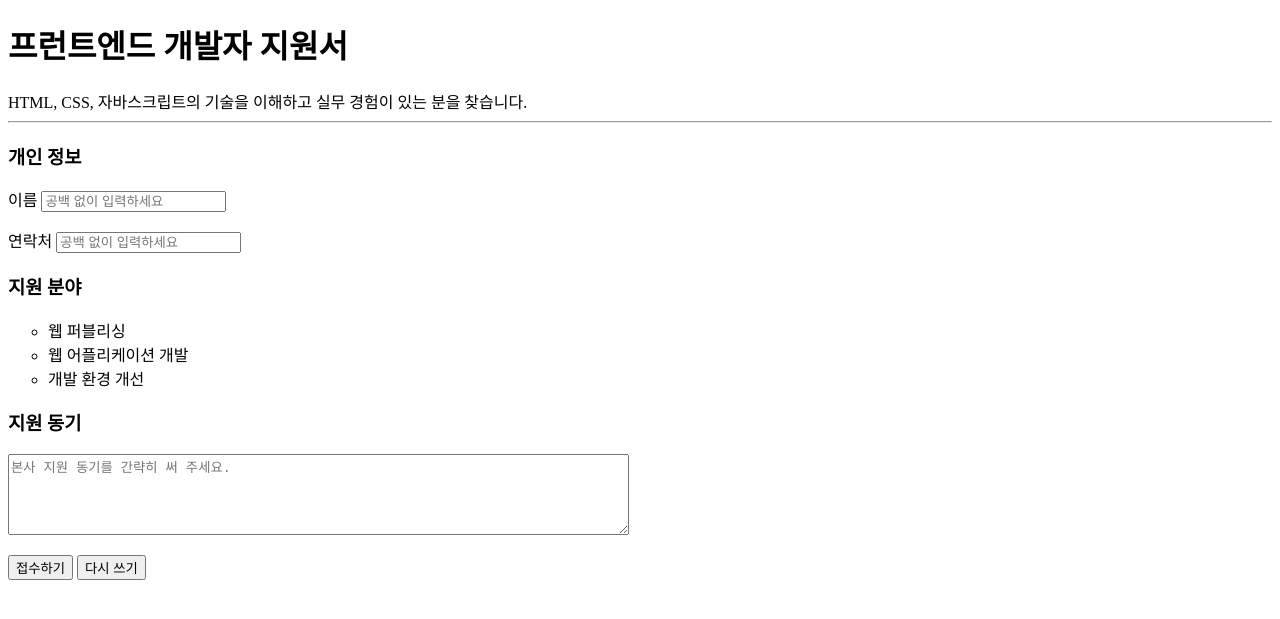
Repository: Kebiskim/2023_WebStudy
Page: 01_01_html/src/main/webapp/day04/Ex03_Form.html
An editor plug-in stored every save of this project. The page is shown before and after the next save, followed by the edit.
The browser window is 1280 px wide. The pictures show the whole page.

Above is the page before, as saved 2023-06-22 03:16:02.

### 01_01_html/src/main/webapp/day04/Ex03_Form.html
<!DOCTYPE html>
<html>
<head>
<meta charset="UTF-8">
<title>Frontend</title>
<style type="text/css">
	h1{
		color:bule;
	}
</style>
</head>
<body>
	<h1>프런트엔드 개발자 지원서</h1>
	HTML, CSS, 자바스크립트의 기술을 이해하고 실무 경험이 있는 분을 찾습니다.
	<hr>
	<h3>개인 정보</h3>
<!-- <label for="name">이름 </label><input type="text" name="name" id="name"> -->
 	 <p>이름 <input type="text" name="age" placeholder="공백 없이 입력하세요"></p>
 	 <p>연락처 <input type="text" name="age" placeholder="공백 없이 입력하세요"></p>
	<h3>지원 분야</h3>
 		<ul style="list-style-type:circle;">
			<li>웹 퍼블리싱</li>
			<li>웹 어플리케이션 개발</li>
 			<li>개발 환경 개선</li>
 		</ul>
	<h3>지원 동기</h3>
	<textarea rows="5" cols="75" placeholder="본사 지원 동기를 간략히 써 주세요."></textarea>
	<p><input type="submit" value="접수하기">
	<input type="reset" value="다시 쓰기">


</body>
</html>

After the next save:
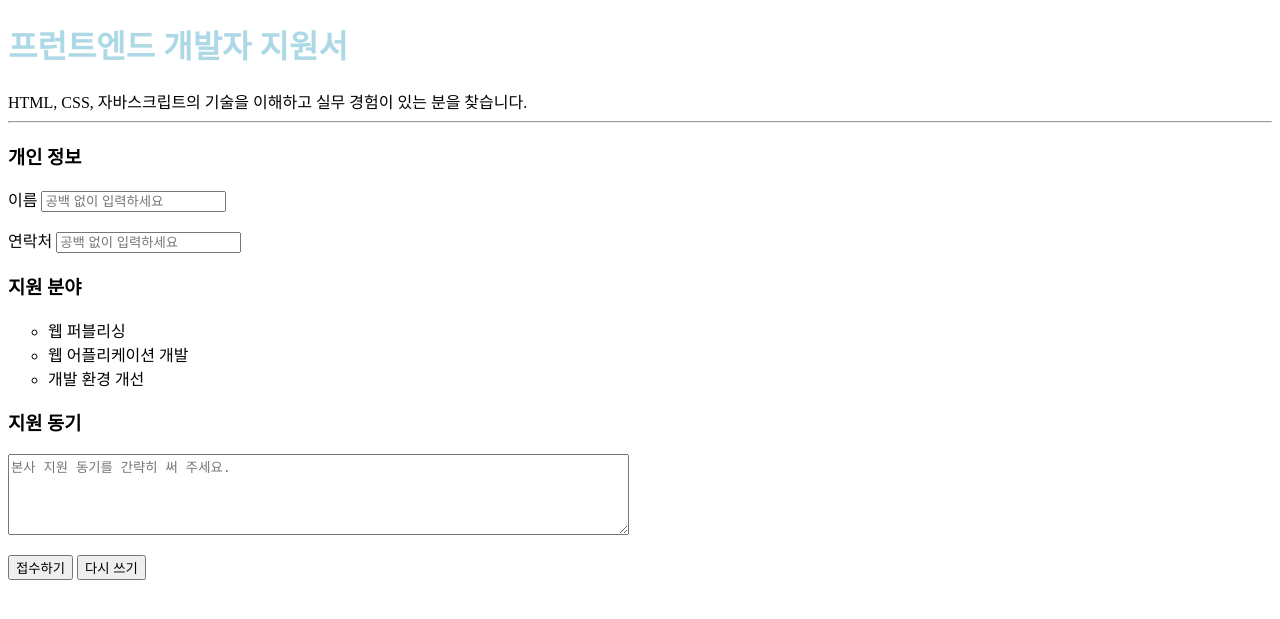
Saved 11 s later.
--- a/01_01_html/src/main/webapp/day04/Ex03_Form.html
+++ b/01_01_html/src/main/webapp/day04/Ex03_Form.html
@@ -5,7 +5,7 @@
 <title>Frontend</title>
 <style type="text/css">
 	h1{
-		color:bule;
+		color:lightblue;
 	}
 </style>
 </head>
